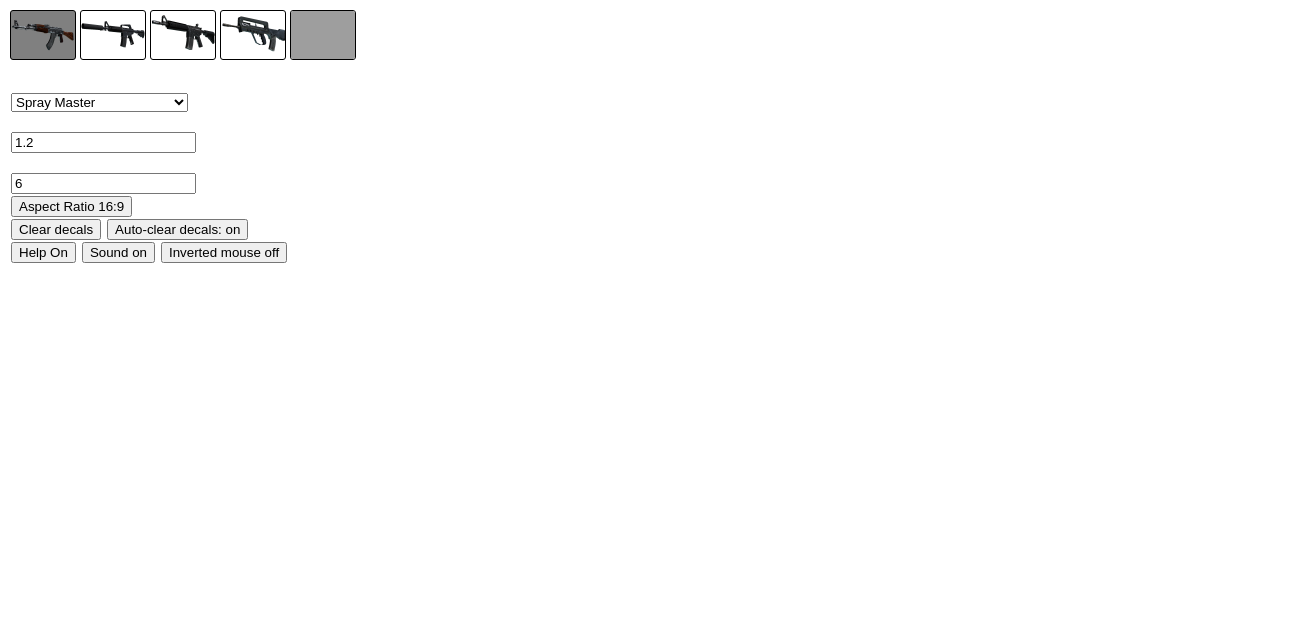
Repository: JerAguilon/GunSprayer
Page: Eclipse/SprayAndPray/index.html
These files come from the project's save history. The page is drawn as it stood at one moment and after the next save; the edit follows.
The browser window is 1280 px wide. The page is 1290 px wide, so the pictures cover 1290 px, including what lies to the right of the window. The pictures show the whole page.
Pictures or frames that could not be fetched are drawn as grey boxes.

Above is the page before, as saved 2015-08-06 01:46:57.
Console error: TypeError: Cannot read properties of undefined (reading '0')

After the next save:
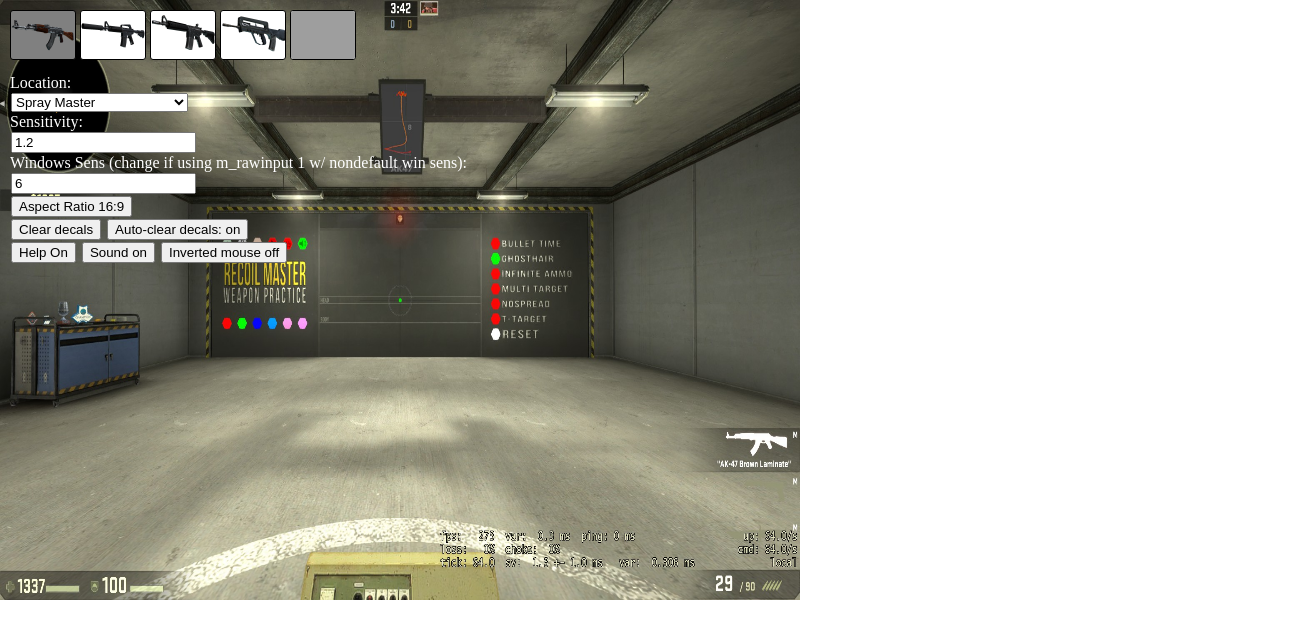
Console error: TypeError: Cannot read properties of undefined (reading '1')
Saved 32 s later.
--- a/Eclipse/SprayAndPray/js/main.js
+++ b/Eclipse/SprayAndPray/js/main.js
@@ -27,40 +27,41 @@
 	this.getFireRate = getFireRate;
 	this.getName = getName;
 }
-//function M4A4(){
-//	this.gun = 'm4a4';
-//	this.pattern = [[0,0][-20,-5],[-49,-6],[-104,14],[-175,-6],[-255,20],[-344,36],[-398,-19],[-443, -54],[-459,-127],
-//	                [-495, -112],[-516,-54],[-501,47],[-501,128],[-480,216],[-496,216],[-511,186],[-514,223],[-504,274],[-511,262],
-//	                [-512,146],[-534,113],[-542,24],[-550,-7],[-548,-46],[-550,-7],9[-565,-26],[-582,-41],[-584,-51],[-582,-66]];
-//	this.fireRate = (60000/666);
-//
-//	this.pullDown= [[0,0][-20,-5],[-49,-6],[-104,14],[-175,-6],[-255,20],[-344,36],[-398,-19],[-443, -54],[-459,-127],
-//	            	[-495, -112],[-516,-54],[-501,47],[-501,128],[-480,216],[-496,216],[-511,186],[-514,223],[-504,274],[-511,262],
-//	            	[-512,146],[-534,113],[-542,24],[-550,-7],[-548,-46],[-550,-7],9[-565,-26],[-582,-41],[-584,-51],[-582,-66]];
-//
-//	for(i = 0;i<30;i++){
-//		for(j = 0;j<2;j++){
-//			this.pullDown[i][j] = 340/86*this.pullDown[i][j]; //todo
-//		}
-//	}
-//	this.getPullDown = getPullDown;
-//	this.getPattern = getPattern;
-//	this.getFireRate = getFireRate;
-//	this.getName = getName;
-//}
+function M4A4(){
+	this.gun = 'm4a4';
+	this.pattern = [[0,0][-20,-5],[-49,-6],[-104,14],[-175,-6],[-255,20],[-344,36],[-398,-19],[-443, -54],[-459,-127],
+	                [-495, -112],[-516,-54],[-501,47],[-501,128],[-480,216],[-496,216],[-511,186],[-514,223],[-504,274],[-511,262],
+	                [-512,146],[-534,113],[-542,24],[-550,-7],[-548,-46],[-550,-7],9[-565,-26],[-582,-41],[-584,-51],[-582,-66]];
+	this.fireRate = (60000/666);
+
+	this.pullDown= [[0,0][-20,-5],[-49,-6],[-104,14],[-175,-6],[-255,20],[-344,36],[-398,-19],[-443, -54],[-459,-127],
+	            	[-495, -112],[-516,-54],[-501,47],[-501,128],[-480,216],[-496,216],[-511,186],[-514,223],[-504,274],[-511,262],
+	            	[-512,146],[-534,113],[-542,24],[-550,-7],[-548,-46],[-550,-7],9[-565,-26],[-582,-41],[-584,-51],[-582,-66]];
+
+	for(i = 0;i<30;i++){
+		for(j = 0;j<2;j++){
+			this.pullDown[i][j] = 340/86*this.pullDown[i][j]; //todo
+		}
+	}
+	this.getPullDown = getPullDown;
+	this.getPattern = getPattern;
+	this.getFireRate = getFireRate;
+	this.getName = getName;
+}
 
 function famas(){
 	this.gun = 'famas';
 	this.pattern = [[0,0],[-13,12],[-28,9],[-59,31],[-113,32],[-178,32],[-234,-13],[-272,-64],[-312,-43],[-335,17],
 	                [-353,71],[-358,112],[-377,98],[-389,25],[-407,-13],[-397,-75],[-399,-92],[-399,-139],[-415,-149],[-424,-135],
 	                [-419,-56],[-430,-47],[-426,-81],[-405,-129],[-371,-177]];
+
 	this.fireRate = (60000/666);
 
 	this.pullDown= [[0,0],[-13,12],[-28,9],[-59,31],[-113,32],[-178,32],[-234,-13],[-272,-64],[-312,-43],[-335,17],
 	                [-353,71],[-358,112],[-377,98],[-389,25],[-407,-13],[-397,-75],[-399,-92],[-399,-139],[-415,-149],[-424,-135],
 	                [-419,-56],[-430,-47],[-426,-81],[-405,-129],[-371,-177]];
 
-	for(i = 0;i<30;i++){
+	for(i = 0;i<25;i++){
 		for(j = 0;j<2;j++){
 			this.pullDown[i][j] = 340/86 * this.pullDown[i][j]; //todo
 		}
@@ -84,7 +85,7 @@
 	                [-433,22],[-407,-77],[-415,-94],[-426,-57],[-420,-98],[-418,-131],[-408,-180],[-422,-151],[-403,-48],[-397,29],
 	                [-416,71],[-439,51],[-429,97],[-383,172],[-379,217]];
 
-	for(i = 0;i<30;i++){
+	for(i = 0;i<35;i++){
 		for(j = 0;j<2;j++){
 			this.pullDown[i][j] = 340/86*this.pullDown[i][j]; //todo
 		}

After the save that followed:
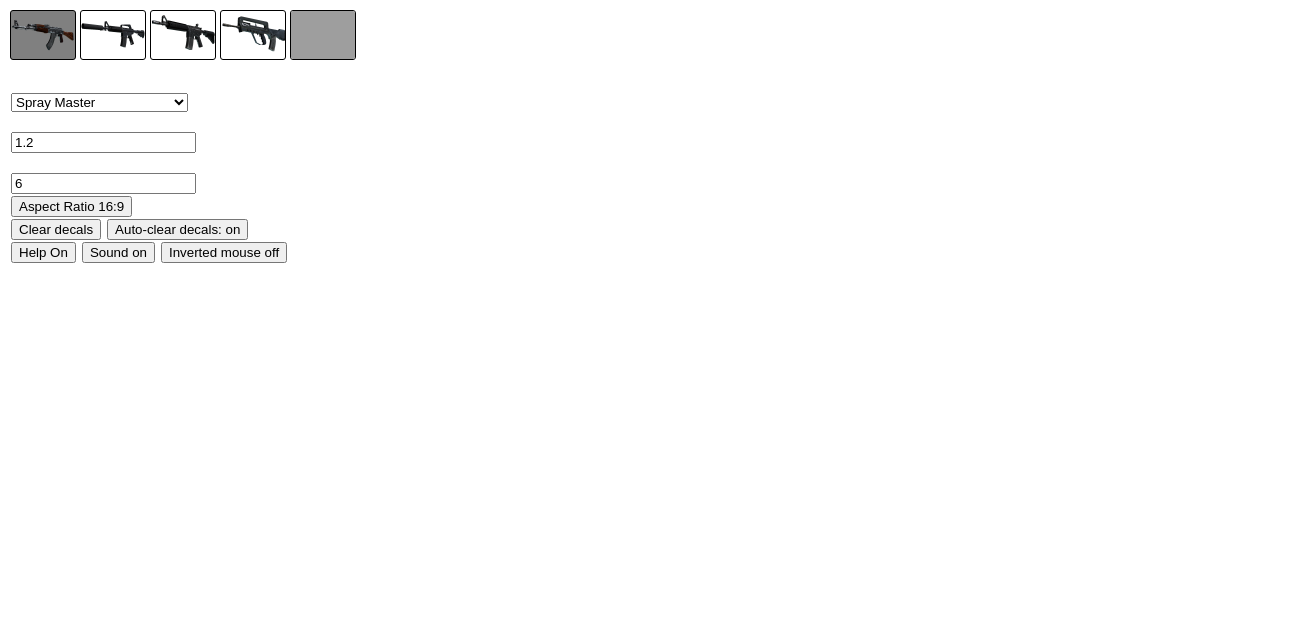
Console error: TypeError: famas is not a constructor
Saved 23 s later.
--- a/Eclipse/SprayAndPray/js/main.js
+++ b/Eclipse/SprayAndPray/js/main.js
@@ -49,7 +49,7 @@
 	this.getName = getName;
 }
 
-function famas(){
+function FAMAS(){
 	this.gun = 'famas';
 	this.pattern = [[0,0],[-13,12],[-28,9],[-59,31],[-113,32],[-178,32],[-234,-13],[-272,-64],[-312,-43],[-335,17],
 	                [-353,71],[-358,112],[-377,98],[-389,25],[-407,-13],[-397,-75],[-399,-92],[-399,-139],[-415,-149],[-424,-135],
